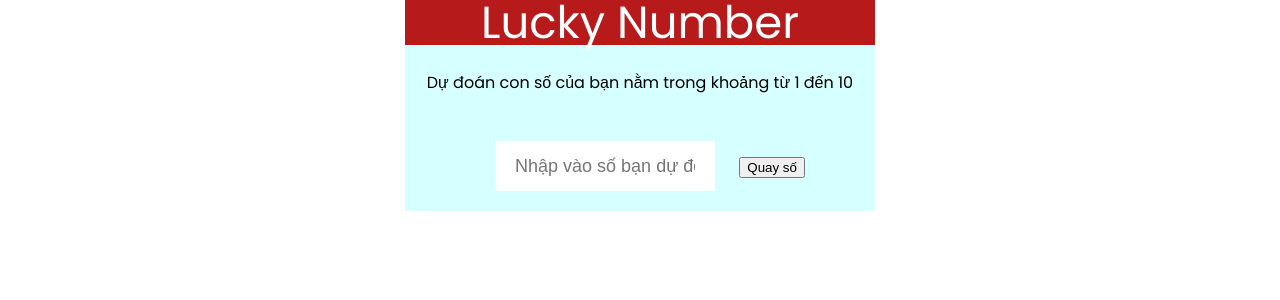
Repository: whis16720/PhuNguyen-C4EJS-D15
Page: index.html
These files come from the project's save history. The page is drawn as it stood at one moment and after the next save; the edit follows.
The browser window is 1280 px wide. The pictures show the whole page.
The style sheet was rebuilt from its Sass, Less or Tailwind sources for each picture, by a compiler version that may differ from the author's.

Above is the page before, as saved 2020-09-22 19:45:20.

After the next save:
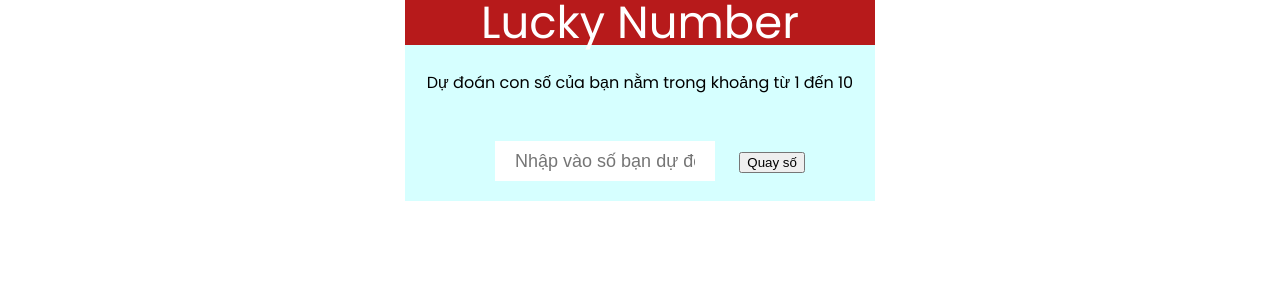
Saved 10 s later.
--- a/style.scss
+++ b/style.scss
@@ -21,7 +21,7 @@
 
 		border: 0;
 		width: 180px;
-		height: 50px;
+		height: 40px;
 		padding: 0 20px;
 		margin: 20px;
 		font-size: 18px;
